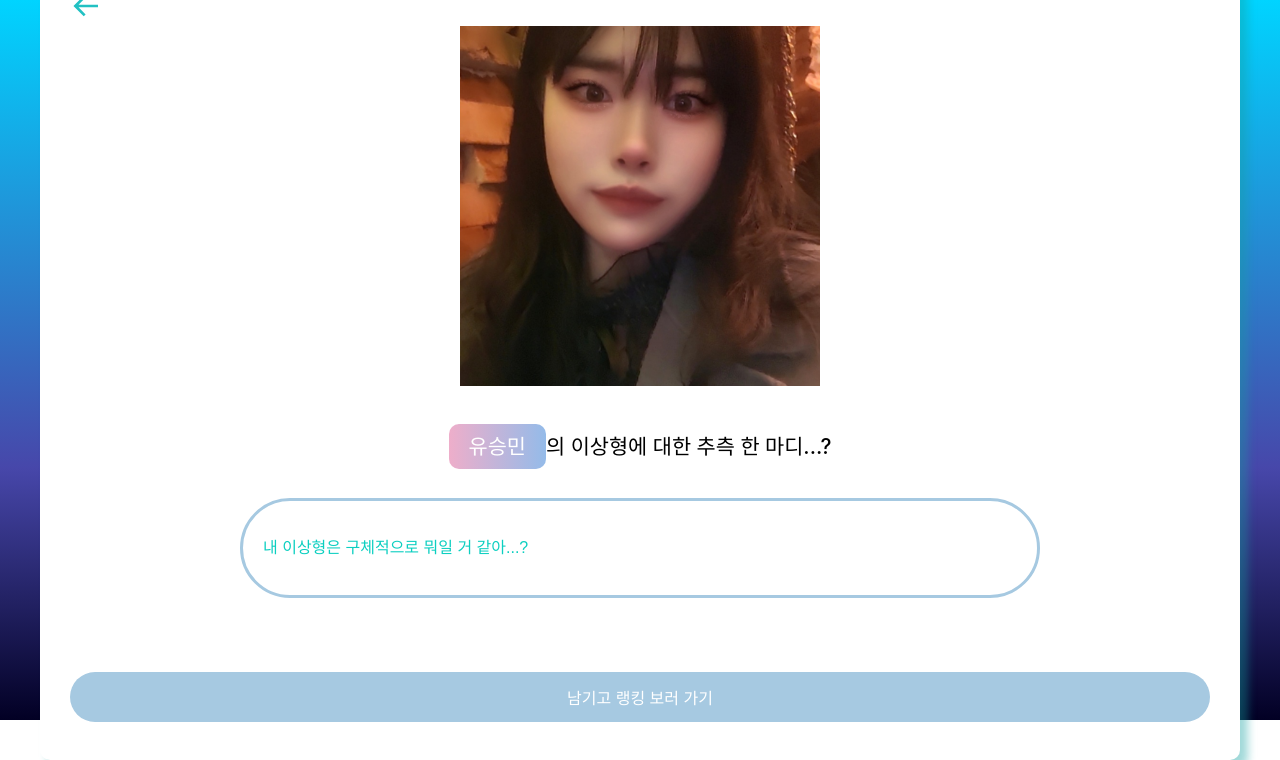
Repository: dnjfht/quiz3
Page: /message
The author's editor kept a copy of each file at every save. The page is drawn from the files as they stood at one save, then again after the next save.
The browser window is 1280 px wide. The pictures show the whole page.
The project was rebuilt for these pictures with package versions that can differ from the ones it lists, and the page was loaded fresh each time. Also part of the build but not shown: src/components/Start.js, src/components/Progress.js, src/components/Quiz.js, src/components/Score.js, src/components/Ranking.js, src/components/NotPage.js.

Above is the page before, as saved 2023-04-15 23:46:03.

### src/index.js
import React from "react";
import ReactDOM from "react-dom/client";
import "./index.css";
import App from "./App";
import reportWebVitals from "./reportWebVitals";
import { BrowserRouter } from "react-router-dom";
import { Provider } from "react-redux";
import store from "./redux/config/configStore";

const root = ReactDOM.createRoot(document.getElementById("root"));
root.render(
  <Provider store={store}>
    <BrowserRouter>
      <App />
    </BrowserRouter>
  </Provider>
);

// If you want to start measuring performance in your app, pass a function
// to log results (for example: reportWebVitals(console.log))
// or send to an analytics endpoint. Learn more: https://bit.ly/CRA-vitals
reportWebVitals();

### src/index.css
body {
  margin: 0;
  font-family: -apple-system, BlinkMacSystemFont, "Segoe UI", "Roboto", "Oxygen",
    "Ubuntu", "Cantarell", "Fira Sans", "Droid Sans", "Helvetica Neue",
    sans-serif;
  -webkit-font-smoothing: antialiased;
  -moz-osx-font-smoothing: grayscale;
}

code {
  font-family: source-code-pro, Menlo, Monaco, Consolas, "Courier New",
    monospace;
}

@font-face {
  font-family: "ddalgifont";
  src: url("./fonts/고령딸기체+TTF.ttf");
}

@font-face {
  font-family: "chabfont";
  src: url("./fonts/chab.ttf");
}

@font-face {
  font-family: "ddagfont";
  src: url("./fonts/ddag.ttf");
}

### src/App.js
import styled from "styled-components";
import Router from "./shared/Router";

const Wrap = styled.div`
  width: 100%;
  height: 100vh;
  background: rgb(2, 0, 36);
  background: linear-gradient(
    0deg,
    rgba(2, 0, 36, 1) 0%,
    rgba(71, 71, 170, 1) 35%,
    rgba(0, 212, 255, 1) 100%
  );

  position: relative;
`;

const ContentWrap = styled.div`
  width: 1200px;
  height: 800px;
  padding: 30px;
  box-sizing: border-box;
  background-color: white;
  border-radius: 10px;
  box-shadow: 8px 8px 8px rgba(21, 159, 161, 0.4);

  position: absolute;
  top: 50%;
  margin-top: -400px;
  left: 50%;
  margin-left: -600px;
`;

function App() {
  return (
    <Wrap>
      <ContentWrap>
        <Router />
      </ContentWrap>
    </Wrap>
  );
}

export default App;

### src/redux/config/configStore.js
import { combineReducers, createStore, applyMiddleware } from "redux";
import thunk from "redux-thunk";
import quiz from "../modules/quiz";
import rank from "../modules/rank";

const middlewares = [thunk];
// 미들웨어들도 하나로 묶어줘야 힘.

const rootReducer = combineReducers({
  quiz: quiz,
  rank: rank,
});

const enhancer = applyMiddleware(...middlewares);
// reducer 말고 옵셔널하게 추가하는 애들의 모음.
// 여기 미들웨어를 적용해 넣을 거임.

const store = createStore(rootReducer, enhancer);
export default store;

### src/shared/Router.js
import React from "react";
import { Routes, Route } from "react-router-dom";
import Start from "../components/Start";
import Quiz from "../components/Quiz";
import Score from "../components/Score";
import Message from "../components/Message";
import Ranking from "../components/Ranking";
import NotPage from "../components/NotPage";

export default function Router() {
  return (
    <>
      <Routes>
        <Route path="/" element={<Start />} />
        <Route path="/quiz" element={<Quiz />} />
        <Route path="/score" element={<Score />} />
        <Route path="/message" element={<Message />} />
        <Route path="/ranking" element={<Ranking />} />
        <Route path="*" element={<NotPage />} />
      </Routes>
    </>
  );
}

### src/redux/modules/quiz.js
// action value
const ADDUSERANSWER = "add_user_answer";
const RESETUSERANSWER = "reset_user_answer";

// action creator

export const AddUserAnswer = (payload) => {
  return {
    type: ADDUSERANSWER,
    payload: payload,
  };
};

export const ResetUserAnswer = (payload) => {
  return {
    type: RESETUSERANSWER,
    payload: payload,
  };
};

// initialState
const initialState = {
  name: "유승민",
  quiz_list: [
    {
      image: "assets/1.png",
      quiz: "승민의 mbti는 intj다?",
      answer: false,
    },
    {
      image: "assets/2.png",
      quiz: "승민은 공감을 잘해주는 사람을 좋아한다?",
      answer: true,
    },
    {
      image: "assets/3.png",
      quiz: "승민은 사람들이랑 대화하고 알아가는 것을 즐긴다?",
      answer: true,
    },
    {
      image: "assets/4.png",
      quiz: "승민은 자기개발하는걸 좋아한다?",
      answer: true,
    },
    {
      image: "assets/5.png",
      quiz: "승민의 관심있을 때 하는 행동은 선톡을 하는 것이다?",
      answer: true,
    },
    {
      image: "assets/6.png",
      quiz: "승민은 불같은 연애보다 서로 믿고 의지할 수 있는 연애를 선호한다?",
      answer: true,
    },
    {
      image: "assets/7.png",
      quiz: "승민은 계획을 세우고 차근차근 계획에 옮기는걸 선호한다?",
      answer: true,
    },
    {
      image: "assets/8.png",
      quiz: "승민은 놀이기구 타는 것을 좋아한다?",
      answer: false,
    },
    {
      image: "assets/9.png",
      quiz: "승민은 고1 때부터 흡연을 했다?",
      answer: false,
    },
    {
      image: "assets/10.png",
      quiz: "승민은 소개팅을 나간 적이 있다?",
      answer: false,
    },
    {
      image: "assets/11.png",
      quiz: "승민은 소개팅과 같은 인위적인 만남을 좋아한다?",
      answer: false,
    },
    {
      image: "assets/12.png",
      quiz: "승민은 연인과 갈등이 있을 때 대화로 푸는 것을 선호한다?",
      answer: true,
    },
    {
      image: "assets/13.png",
      quiz: "승민은 연애할 때 항상 상대방의 기분이 우선이다?",
      answer: true,
    },
    {
      image: "assets/14.png",
      quiz: "승민은 좋아하는 사람에게 선물주는 것을 좋아한다?",
      answer: true,
    },
    {
      image: "assets/15.png",
      quiz: "승민은 감수성이 풍부해서 슬픈 영화나 만화를 보고 잘 운다?",
      answer: true,
    },
    {
      image: "assets/16.png",
      quiz: "승민은 본래 무뚝뚝한 성격이다?",
      answer: true,
    },
    {
      image: "assets/17.png",
      quiz: "승민의 노래방 18번곡은 나비무덤이다?",
      answer: false,
    },
    {
      image: "assets/18.png",
      quiz: "승민은 핫플을 돌아다니면서 맛집 탐방을 하고 사진 찍는 데이트를 선호한다?",
      answer: true,
    },
    {
      image: "assets/19.png",
      quiz: "승민은 연애할 때 꽃이나 편지 받는걸 좋아한다?",
      answer: true,
    },
    {
      image: "assets/20.png",
      quiz: "승민은 번호를 따인 적이 있다?",
      answer: false,
    },
  ],
  user_answer: [],
  result_text: {
    40: "나랑 친하지 않은가보군?😑",
    60: "나랑 좀 더 친해져야겠다🙃",
    80: "내적 친밀감 80퍼센트!😎",
    100: "뭐야, 넌 내 소울메이트...!?💖",
  },
};

// reducer

const quiz = (state = initialState, action) => {
  switch (action.type) {
    case ADDUSERANSWER: {
      const newUserAnswer = [...state.user_answer, action.payload];
      return { ...state, user_answer: newUserAnswer };
    }
    case RESETUSERANSWER: {
      return { ...state, user_answer: [] };
    }
    default:
      return state;
  }
};

export default quiz;

### src/redux/modules/rank.js
import { db } from "../../firebase";
import {
  collection,
  getDocs,
  addDoc,
  doc,
  updateDoc,
  deleteDoc,
  getDoc,
} from "firebase/firestore";

// action value
const ADDUSERNAME = "add_user_name";
const GETRANK = "get_rank";
const ADDRANK = "add_rank";

// action creator
export const GetRank = (payload) => {
  return {
    type: GETRANK,
    payload: payload,
  };
};

export const AddUserName = (payload) => {
  return {
    type: ADDUSERNAME,
    payload: payload,
  };
};

export const AddRank = (payload) => {
  return {
    type: ADDRANK,
    payload: payload,
  };
};

export const loadQuizFB = () => {
  return async function (dispatch) {
    const quiz_data = await getDocs(collection(db, "quiz"));
    console.log(quiz_data);

    let quiz_list = [];

    quiz_data.forEach((doc) => {
      console.log(doc.data());
      quiz_list.push({ id: doc.id, ...doc.data() });
    });

    console.log(quiz_list);

    dispatch(GetRank(quiz_list));
  };
};

export const addQuizFB = (payload) => {
  return async function (dispatch) {
    const docRef = await addDoc(collection(db, "quiz"), payload);
    // const _quiz = await getDoc(docRef);
    // const quiz = { id: _quiz.id, ..._quiz.data() };
    // dispatch(AddRank(quiz));

    // 추가한 데이터 중 id를 가져와서 bucket_data 만들기.
    // const bucket_data = { id: docRef.id, ...payload };
    // // 마지막으로 액션 일으키기 (수정해달라고 요청)
    // dispatch(createWidget(bucket_data));
  };
};

// initialState
const initialState = {
  user_name: "",
  rank: [
    // { score: 100, name: "방가방가", comment: "다들 잘생겼다" },
    // { score: 40, name: "이하늘", comment: "너무 어려운데..." },
    // { score: 60, name: "오하요~!", comment: "잘 생긴 사람이 곧 이상형" },
  ],
};

// reducer
const rank = (state = initialState, action) => {
  switch (action.type) {
    case GETRANK: {
      console.log(action.payload);
      return { ...state, rank: action.payload };
    }
    case ADDUSERNAME: {
      return { ...state, user_name: action.payload };
    }
    case ADDRANK: {
      const new_rank_data = [...state.rank, action.payload];
      return { ...state, rank: new_rank_data };
    }
    default:
      return state;
  }
};
export default rank;

### src/components/Message.js
import React from "react";
import styled from "styled-components";
import { BiArrowBack } from "react-icons/bi";
import { useNavigate } from "react-router-dom";
import { useDispatch, useSelector } from "react-redux";
import { useRef } from "react";
import { AddRank, addQuizFB } from "../redux/modules/rank";

const Wrap = styled.div`
  width: 100%;
  height: 100%;
`;

const ContentWrap = styled.div`
  width: 100%;
  height: 94%;

  display: flex;
  flex-direction: column;
  align-items: center;
  justify-content: space-between;
`;

const ImgWrap = styled.img`
  width: 360px;
  height: 360px;
`;

const Title = styled.h1`
  margin-top: -20px;

  font-size: 1.3rem;
  font-weight: 500;

  & > span {
    padding: 10px 20px;
    background: rgb(238, 174, 202);
    background: linear-gradient(
      90deg,
      rgba(238, 174, 202, 1) 0%,
      rgba(148, 187, 233, 1) 100%
    );
    border-radius: 10px;

    color: white;
  }
`;

const CommentInput = styled.input`
  width: 800px;
  height: 100px;
  margin-top: -40px;
  padding: 20px;
  box-sizing: border-box;
  background-color: transparent;
  border: 3px solid #a6c9e1;
  border-radius: 50px;

  font-size: 1rem;
  color: rgba(0, 0, 0, 0.6);

  outline: none;

  transition: all 0.8s;

  &:focus {
    border: 3px solid #2a95ae;
  }
  &::placeholder {
    color: #0ccfc0;
  }
`;

const GoToRankingButton = styled.button`
  width: 100%;
  height: 50px;
  margin-top: 10px;
  background: #a6c9e1;
  border: none;
  border-radius: 30px;

  color: white;
  font-size: 1rem;

  transition: all 0.5s;

  &:hover {
    background: #00ffeb;
    color: white;

    cursor: pointer;
  }
`;

export default function Message() {
  const navigate = useNavigate();
  const dispatch = useDispatch();

  const quiz_list = useSelector((state) => state.quiz.quiz_list);
  const user_answer = useSelector((state) => state.quiz.user_answer);
  const name = useSelector((state) => state.quiz.name);
  const user_name = useSelector((state) => state.rank.user_name);

  const random_number = Math.floor(Math.random() * 10);

  const commentInputRef = useRef(null);

  const _score =
    (100 / quiz_list.length) *
    user_answer.filter((answer, idx) => {
      return answer === quiz_list[idx].answer;
    }).length;

  const score = Math.floor(_score);

  const handleAddRankData = (event) => {
    event.preventDefault();

    const new_rank = {
      name: user_name,
      score: score,
      comment: commentInputRef.current.value,
      current: true,
    };

    dispatch(addQuizFB(new_rank));

    navigate("/ranking");
  };

  return (
    <Wrap>
      <BiArrowBack
        style={{ color: "rgb(34, 193, 195)", fontSize: "2rem" }}
        onClick={() => {
          navigate(-1);
        }}
      />
      <ContentWrap>
        <ImgWrap
          src={process.env.PUBLIC_URL + `${quiz_list[random_number].image}`}
        />

        <Title>
          <span>{name}</span>의 이상형에 대한 추측 한 마디...?
        </Title>

        <CommentInput
          type="text"
          placeholder="내 이상형은 구체적으로 뭐일 거 같아...?"
          ref={commentInputRef}
        />

        <GoToRankingButton onClick={handleAddRankData}>
          남기고 랭킹 보러 가기
        </GoToRankingButton>
      </ContentWrap>
    </Wrap>
  );
}

### src/firebase.js
// Import the functions you need from the SDKs you need
import { initializeApp } from "firebase/app";
import { getFirestore } from "firebase/firestore";
// TODO: Add SDKs for Firebase products that you want to use
// https://firebase.google.com/docs/web/setup#available-libraries

// Your web app's Firebase configuration
// For Firebase JS SDK v7.20.0 and later, measurementId is optional
const firebaseConfig = {
  apiKey: "AIzaSyAQCzx3TeRMhfQ14uI1xPuxKIeyOukr2zs",
  authDomain: "seungmin-s-quiz2.firebaseapp.com",
  projectId: "seungmin-s-quiz2",
  storageBucket: "seungmin-s-quiz2.appspot.com",
  messagingSenderId: "764474150624",
  appId: "1:764474150624:web:e3932df48db64f86c44a85",
  measurementId: "G-NK0EYYQQFF",
};

// Initialize Firebase
const app = initializeApp(firebaseConfig);
export const db = getFirestore(app);

Loaded but not shown: public/index.html (common file); src/reportWebVitals.js (common file)

After the next save:
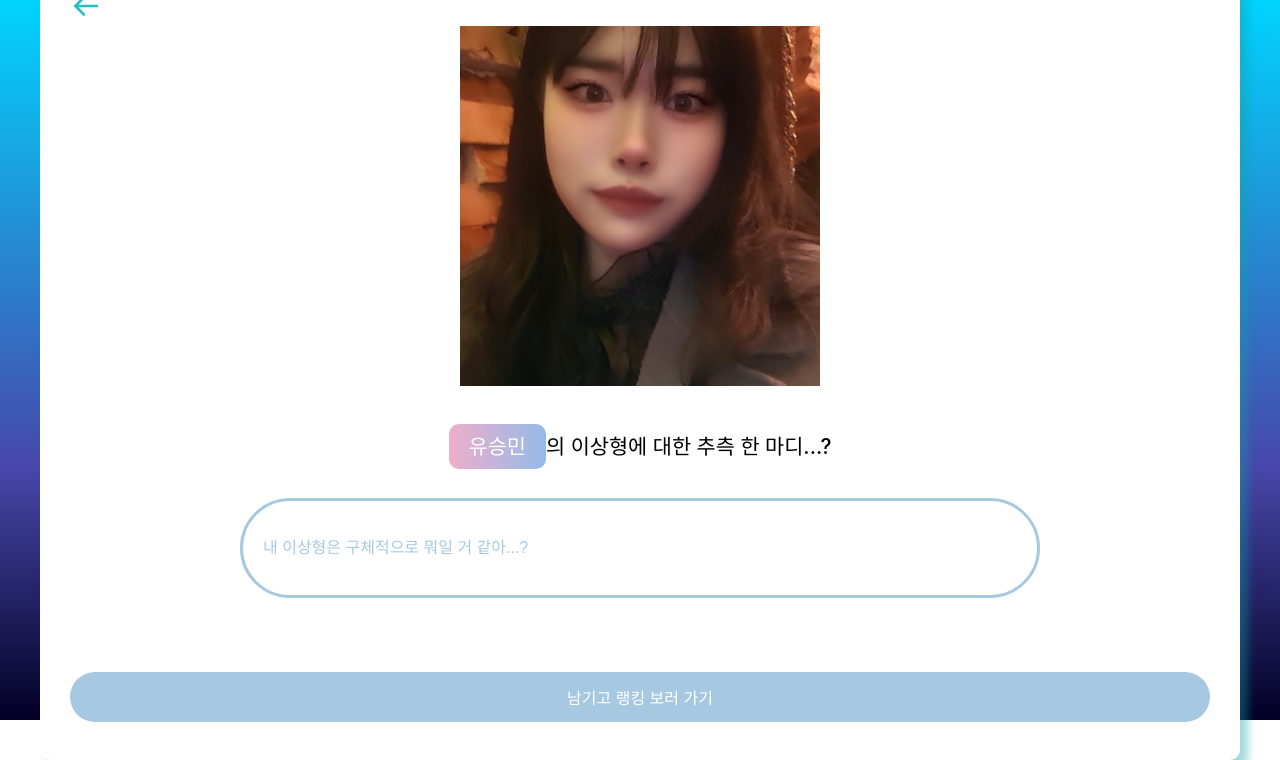
Saved 7 s later.
--- a/src/components/Message.js
+++ b/src/components/Message.js
@@ -67,7 +67,7 @@ const CommentInput = styled.input`
     border: 3px solid #2a95ae;
   }
   &::placeholder {
-    color: #0ccfc0;
+    color: #a6c9e1;
   }
 `;
 
